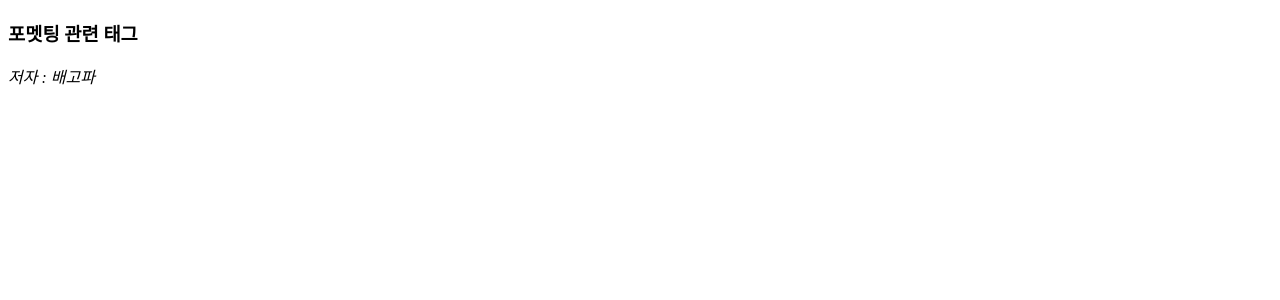
Repository: JiYoon0712/HTML_CSS_javascript
Page: work/study/src/main/webapp/htmlEx/ch02/ex07.html
The author's editor kept a copy of each file at every save. The page is drawn from the files as they stood at one save, then again after a run of saves.
The browser window is 1280 px wide. The pictures show the whole page.

Above is the page before, as saved 2023-04-03 03:37:44.

After the next 2 saves:
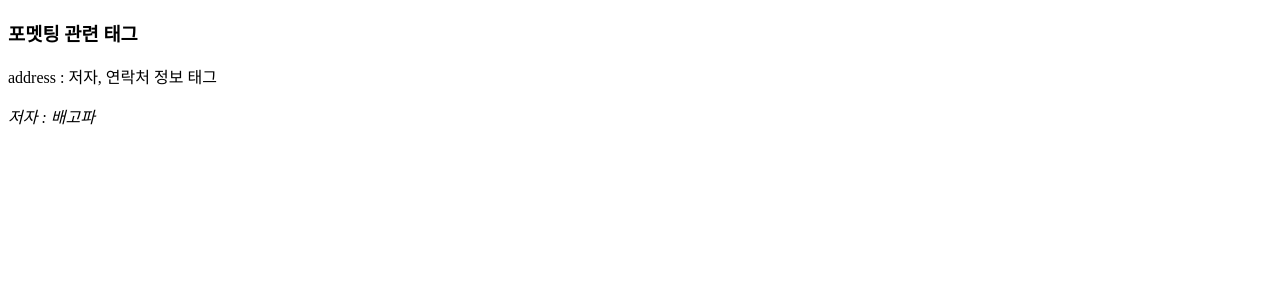
The 2 saves are shown as one change because they came seconds apart.
The last was saved 12 s later.
--- a/work/study/src/main/webapp/htmlEx/ch02/ex07.html
+++ b/work/study/src/main/webapp/htmlEx/ch02/ex07.html
@@ -8,7 +8,7 @@
 
 <h3> 포멧팅 관련 태그 </h3>
 
-<p></p>
+<p>address : 저자, 연락처 정보 태그</p>
 <address>저자 : 배고파</address>
 
 
